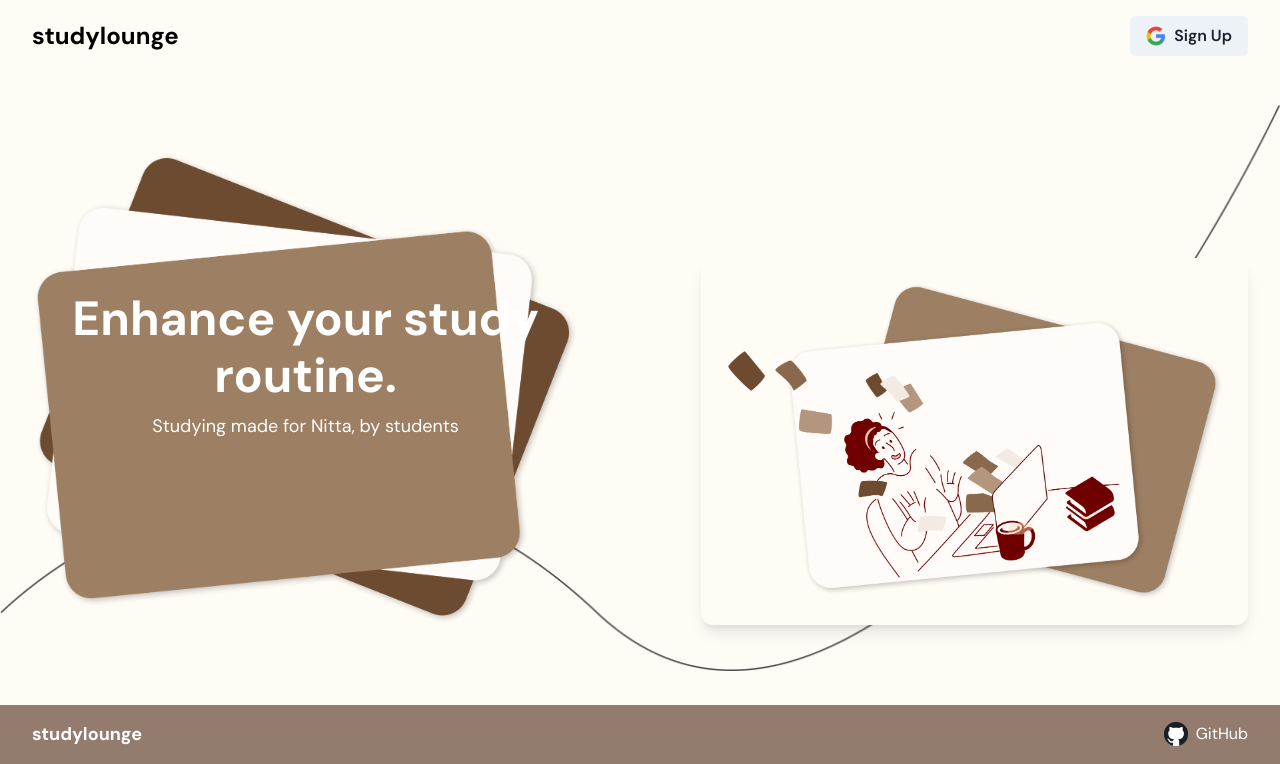
Repository: greg-chang/flashcard-website
Page: / (app in frontend/)
An editor plug-in stored every save of this project. The page is shown before and after the next save, followed by the edit.
The browser window is 1280 px wide. The pictures show the whole page.
The page's requests for data from a server got no answer. The project was rebuilt for these pictures with package versions that can differ from the ones it lists, and the page was loaded fresh each time. Some packages were replaced by stand-ins written for this rebuild. The framework's server and built-in components were replaced by stand-ins that run in the browser. No one was signed in, and anything a server would have sent is missing. Also part of the build but not shown: frontend/next.config.ts, frontend/src/components/Dashboard.tsx, frontend/src/components/CardComponent.tsx.

Above is the page before, as saved 2025-06-09 13:12:13.

### frontend/src/app/layout.tsx
import type { Metadata } from "next";
import { Geist, Geist_Mono } from "next/font/google";
import { DM_Sans } from 'next/font/google';
import { ClerkProvider } from '@clerk/nextjs';
import { ChakraProvider, extendTheme } from '@chakra-ui/react';
import "./globals.css";
import Navbar from "@/components/ui/navbar";
import theme from "./theme";

const geistSans = Geist({
  variable: "--font-geist-sans",
  subsets: ["latin"],
});

const geistMono = Geist_Mono({
  variable: "--font-geist-mono",
  subsets: ["latin"],
});

const dmSans = DM_Sans({
  variable: '--font-dm-sans',
  subsets: ['latin'],
});

export const metadata: Metadata = {
  title: "Flashcard Website",
  description: "ECS 162 - Web Programming Final Project",
};

export default function RootLayout({
  children,
}: Readonly<{
  children: React.ReactNode;
}>) {
  return (
    <ClerkProvider>
      <ChakraProvider theme={theme}>
        <html lang="en">
          <body
            className={`${geistSans.variable} ${geistMono.variable} ${dmSans.variable} antialiased`}
          >
            {children}
          </body>
        </html>
      </ChakraProvider>
    </ClerkProvider>
  );
}

### frontend/src/app/page.tsx
'use client';
import Homepage from '@/components/Homepage';
import UserInterface from '@/components/UserInterface';
import Dashboard from '@/components/Dashboard';
import { useUser } from '@clerk/nextjs';
// import UserInterface from '@/components/UserInterface';

export default function Home() {
  const { isSignedIn, isLoaded } = useUser();
  if (!isLoaded) {
    return <div>Loading...</div>;
  }
  return (
    <main className="min-h-screen bg-gray-100">
      {isSignedIn ? <Dashboard /> : <Homepage />}
    </main>
  );
}

### frontend/src/app/globals.css
@import "tailwindcss";

:root {
  --background: var(--color-sand);
  --foreground: var(--color-walnut);
}

@theme {
  /* Light */
  --color-sand: #F0EAE2 ;
  /* Medium */
  --color-coffee: #937156 ;
  /* Medium Text */
  --color-walnut: #8F6E4F ;
  /* VERY DARK */
  --color-expresso: #341D09 ;
  /* DESATURATED MEDIUM */
  --color-mocha: #604E3C ;
}

@theme inline {
  --color-background: var(--background);
  --color-foreground: var(--foreground);
  --font-sans: var(--font-geist-sans);
  --font-mono: var(--font-geist-mono);
}
/*
@john found out that this is what caused the white text of white background
@media (prefers-color-scheme: dark) {
  :root {
    --background: #0a0a0a;
    --foreground: #ededed;
  }
} */

body {
  background: var(--background);
  color: var(--foreground);
  font-family: Arial, Helvetica, sans-serif;
}

### frontend/src/app/theme.tsx
'use client';
import { extendTheme } from '@chakra-ui/react';

const theme = extendTheme({
    //not actually used
  colors: {
    brand: {
      50: '#ffe4ed',
    },
  },
  fonts: {
    heading: 'var(--font-geist-sans), sans-serif',
    body: 'var(--font-geist-sans), sans-serif',
  },
  styles: {
    global: {
      body: {
        bg: 'pink.100',
        color: 'black',
      },
    },
  },
});

export default theme;

### frontend/src/components/Homepage.tsx
'use client';
import {
  Box,
  Button,
  Center,
  Heading,
  Stack,
  Text,
  VStack,
  HStack,
  SimpleGrid,
  Flex,
} from '@chakra-ui/react';
import { SignInButton, SignUpButton } from '@clerk/nextjs';
import Header from './Header';
import Image from 'next/image';

// assets
import Illustration from '@/assets/Illustration.png';
import GroupedCards from '@/assets/Grouped Cards.png';
import StyleLine from '@/assets/Style Line.png';
import GithubLogo from '@/assets/Github Logo.png';
// import GoogleLogo from '@/assets/Google Logo.png';

export default function Homepage() {
  return (
    <Flex minH="100vh" direction="column" bg="#FFFBF5" color="black" fontFamily="var(--font-dm-sans)">
      {/* Header */}
      <Header />

      {/* Main Content Area */}
      <Flex
        direction={{ base: 'column', md: 'row' }}
        align="stretch"
        justify="space-between"
        py={{ base: 10, md: 20 }}
        px={{ base: 4, md: 8 }}
        flex="1"
        position="relative"
        overflow="hidden"
      >
        {/* Background Wave */}
        <Box
          position="absolute"
          top="0"
          left="0"
          width="100%"
          height="100%"
          backgroundImage={`url(${StyleLine.src})`}
          backgroundSize="contain"
          backgroundRepeat="no-repeat"
          backgroundPosition="center"
          zIndex="0"
          opacity="1"
        />

        {/* Left Section: Grouped Cards Image */}
        <Box
          position="relative"
          flex="1"
          minW={{ base: 'full', md: '45%' }}
          maxW={{ base: 'full', md: '45%' }}
          display="flex"
          justifyContent="flex-start"
          alignItems="flex-start"
          alignSelf="flex-start"
          zIndex="1"
        >
          <Image
            src={GroupedCards}
            alt="Grouped Study Cards"
            width={550}
            height={400}
            layout="responsive"
            objectFit="contain"
            priority
          />
          {/* Text Overlay on Grouped Cards */}
          <Box
            position="absolute"
            color="white"
            textAlign="center"
            top="45%"
            left="50%"
            transform="translate(-50%, -50%)"
            width="100%"
          >
            <Heading fontSize={{ base: '3xl', md: '4xl', lg: '5xl' }} mb={2}>
              Enhance your study routine.
            </Heading>
            <Text fontSize={{ base: 'md', md: 'lg' }}>
              Studying made for Nitta, by students
            </Text>
          </Box>
        </Box>

        {/* Right Section: Illustration Image Card */}
        <Box
          flex="1"
          minW={{ base: 'full', md: '45%' }}
          maxW={{ base: 'full', md: '45%' }}
          display="flex"
          justifyContent="flex-end"
          alignItems="flex-end"
          alignSelf="flex-end"
          position="relative"
          zIndex="1"
        >
          <Box
            bg="#FFFBF5"
            p={6}
            borderRadius="xl"
            boxShadow="lg"
            position="relative"
            zIndex="1"
            display="inline-block"
          >
            <Image
              src={Illustration}
              alt="Study Lounge Illustration"
              width={600}
              height={450}
              layout="responsive"
              objectFit="contain"
              priority
            />
          </Box>
          {/* Small brown card elements (re-evaluate positions based on new layout) */}
          <Box
            position="absolute"
            bg="#937C6D"
            width="60px"
            height="40px"
            borderRadius="md"
            top="5%"
            right="10%"
            transform="rotate(15deg)"
            zIndex="0"
            display={{ base: 'none', md: 'block' }}
          />
          <Box
            position="absolute"
            bg="#937C6D"
            width="40px"
            height="30px"
            borderRadius="md"
            bottom="15%"
            left="20%"
            transform="rotate(-20deg)"
            zIndex="0"
            display={{ base: 'none', md: 'block' }}
          />
          <Box
            position="absolute"
            bg="#937C6D"
            width="50px"
            height="35px"
            borderRadius="md"
            bottom="5%"
            right="5%"
            transform="rotate(5deg)"
            zIndex="0"
            display={{ base: 'none', md: 'block' }}
          />
        </Box>
      </Flex>

      {/* Footer */}
      <Flex
        as="footer"
        bg="#937C6D"
        color="white"
        py={4}
        px={8}
        justify="space-between"
        align="center"
        mt="auto"
        fontFamily="var(--font-dm-sans)"
        zIndex="1"
        position="relative"
      >
        <Text fontSize="lg" fontWeight="bold">studylounge</Text>
        <HStack spacing={2}>
          <Image
            src={GithubLogo}
            alt="GitHub Logo"
            width={24}
            height={24}
            objectFit="contain"
          />
          <Text>GitHub</Text>
        </HStack>
      </Flex>
    </Flex>
  );
}

### frontend/src/components/Header.tsx
'use client';
import {
  Box,
  Flex,
  Heading,
  Spacer,
  Button,
  HStack,
  Text,
} from '@chakra-ui/react';
import { SignInButton, SignUpButton, UserButton, useUser } from '@clerk/nextjs';
import Image from 'next/image';
import GoogleLogo from '@/assets/Google Logo.png';

export default function Header() {
  const { isSignedIn, isLoaded } = useUser();

  return (
    <Box
      as="header"
      position="sticky"
      top={0}
      zIndex={10}
      bg="transparent"
      px={8}
      py={4}
      shadow="none"
    >
      <Flex align="center">
        {/* Logo */}
        <Text fontSize="2xl" fontWeight="bold" color="black">studylounge</Text>

        <Spacer />

        {/* Right side: Auth buttons or Avatar */}
        {isLoaded && (
          <HStack spacing={4}>
            {isSignedIn ? (
              <UserButton afterSignOutUrl="/" />
            ) : (
              <>
                <SignUpButton mode="modal">
                  <Button size="md" bg="gray.100" _hover={{ bg: 'gray.200' }} borderRadius="md">
                    <HStack spacing={2}>
                      <Image
                        src={GoogleLogo}
                        alt="Google Logo"
                        width={20}
                        height={20}
                        objectFit="contain"
                      />
                      <Text>Sign Up</Text>
                    </HStack>
                  </Button>
                </SignUpButton>
              </>
            )}
          </HStack>
        )}
      </Flex>
    </Box>
  );
}

### frontend/src/components/UserInterface.tsx
import { useState, useEffect } from 'react';
import axios from 'axios';
import CardComponent from './CardComponent';
import { useAuth } from '@clerk/nextjs';
import { SignInButton, SignOutButton, useUser } from '@clerk/nextjs';

interface User {
    id: string;
    name: string;
    email: string;
}

interface CreateUserData {
    clerk_id: string;
    name: string;
    email: string;
}

export default function UserInterface() {
    const [users, setUsers] = useState<User[]>([]);
    const [isLoading, setIsLoading] = useState(true);
    const [error, setError] = useState<string>('');
    const [success, setSuccess] = useState<string>('');
    const { getToken } = useAuth();
    const { isSignedIn, user } = useUser();

    const apiUrl = 'http://localhost:8000/api/go/users';

    useEffect(() => {
        if (isSignedIn && user) {
            // Check if user exists in our database
            checkAndCreateUser();
        }
    }, [isSignedIn, user]);

    const checkAndCreateUser = async () => {
        try {
            setIsLoading(true);
            setError('');
            const token = await getToken();

            // First, try to get all users to check if this user exists
            const response = await axios.get<User[]>(apiUrl, {
                headers: {
                    'Authorization': `Bearer ${token}`
                }
            });

            // Check if user already exists in our database
            const users = response.data || [];
            const userExists = users.some(u => u.email === user?.emailAddresses[0]?.emailAddress);

            if (!userExists && user?.emailAddresses?.[0]?.emailAddress) {
                // Create new user if they don't exist
                const newUser: CreateUserData = {
                    clerk_id: user?.id || '',
                    name: user?.firstName || user?.username || '',
                    email: user.emailAddresses[0].emailAddress
                };

                await axios.post<User>(apiUrl, newUser, {
                    headers: {
                        'Authorization': `Bearer ${token}`
                    }
                });
                setSuccess('User created successfully!');
            }

            // Fetch updated user list
            await fetchUsers();
        } catch (err) {
            console.error('Error checking/creating user:', err);
            if (axios.isAxiosError(err)) {
                setError(err.response?.data?.error || 'Failed to check/create user');
            } else {
                setError('Failed to check/create user');
            }
        } finally {
            setIsLoading(false);
        }
    };

    const fetchUsers = async () => {
        try {
            setIsLoading(true);
            setError('');
            const token = await getToken();
            const response = await axios.get<User[]>(apiUrl, {
                headers: {
                    'Authorization': `Bearer ${token}`
                }
            });
            setUsers(response.data || []);
        } catch (err) {
            console.error('Error fetching users:', err);
            setError('Failed to fetch users');
            setUsers([]);
        } finally {
            setIsLoading(false);
        }
    };

    if (!isSignedIn) {
        return (
            <div className="container mx-auto p-4 text-center">
                <h1 className="text-2xl font-bold mb-4">Welcome to Flashcard App</h1>
                <p className="mb-4">Please sign in to continue</p>
                <SignInButton mode="modal">
                    <button className="bg-indigo-600 text-white px-4 py-2 rounded-md hover:bg-indigo-700 focus:outline-none focus:ring-2 focus:ring-indigo-500 focus:ring-offset-2">
                        Sign In
                    </button>
                </SignInButton>
            </div>
        );
    }

    return (
        <div className="container mx-auto p-4">
            <div className="flex justify-between items-center mb-8">
                <h1 className="text-2xl font-bold">User Management</h1>
                <div className="flex items-center gap-4">
                    <span className="text-gray-600">Welcome, {user?.firstName || user?.username}</span>
                    <SignOutButton>
                        <button className="bg-red-600 text-white px-4 py-2 rounded-md hover:bg-red-700 focus:outline-none focus:ring-2 focus:ring-red-500 focus:ring-offset-2">
                            Sign Out
                        </button>
                    </SignOutButton>
                </div>
            </div>

            {error && (
                <div className="bg-red-100 border border-red-400 text-red-700 px-4 py-3 rounded mb-4">
                    {error}
                </div>
            )}
            {success && (
                <div className="bg-green-100 border border-green-400 text-green-700 px-4 py-3 rounded mb-4">
                    {success}
                </div>
            )}

            {/* Display Users */}
            {isLoading ? (
                <div className="text-center py-4">Loading users...</div>
            ) : error ? (
                <div className="text-center py-4 text-red-600">{error}</div>
            ) : !users || users.length === 0 ? (
                <div className="text-center py-4">No users found</div>
            ) : (
                <div className="grid grid-cols-1 md:grid-cols-2 lg:grid-cols-3 gap-4">
                    {users.map((user) => (
                        <CardComponent key={user.id} card={user} />
                    ))}
                </div>
            )}
        </div>
    );
}

After the next save:
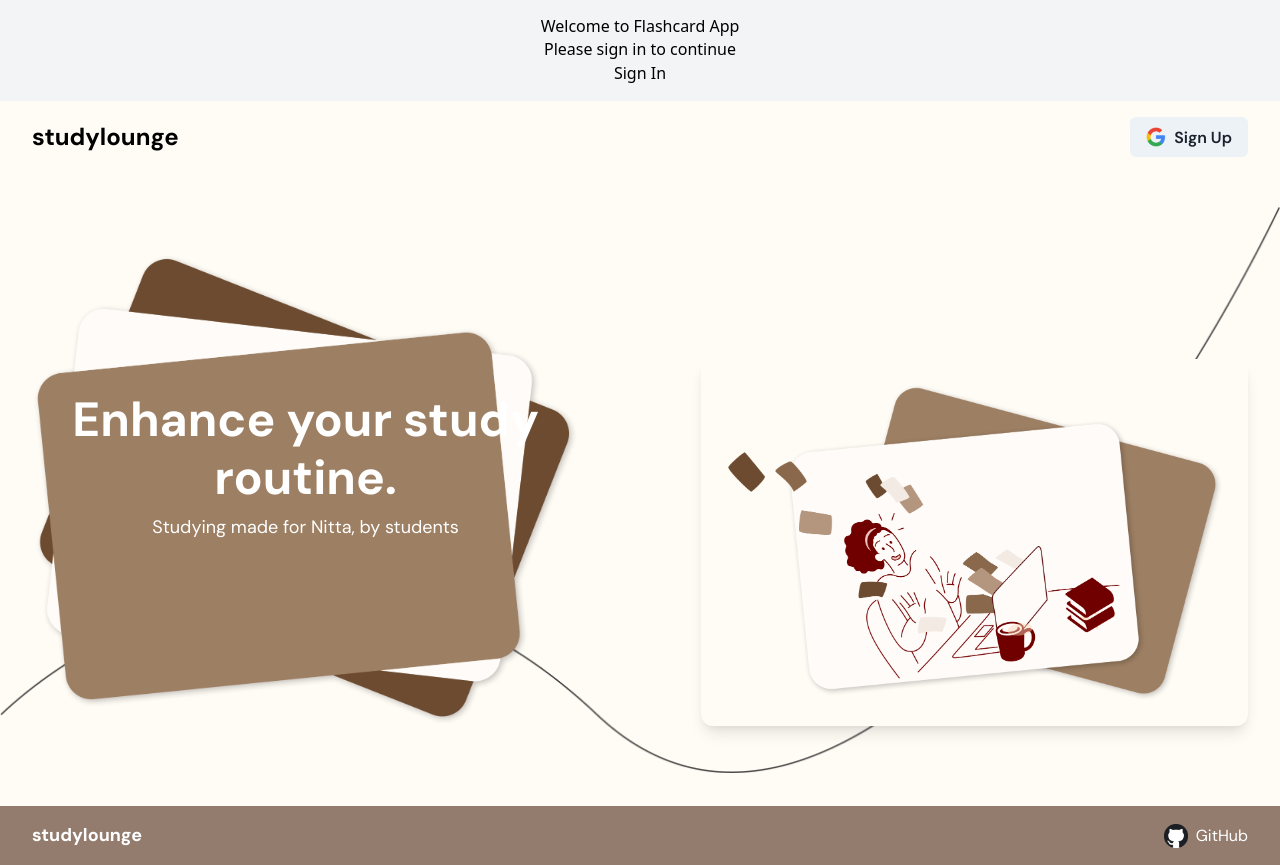
Saved 2 min 56 s later.
--- a/frontend/src/app/page.tsx
+++ b/frontend/src/app/page.tsx
@@ -12,6 +12,7 @@ export default function Home() {
   }
   return (
     <main className="min-h-screen bg-gray-100">
+      <UserInterface />
       {isSignedIn ? <Dashboard /> : <Homepage />}
     </main>
   );
